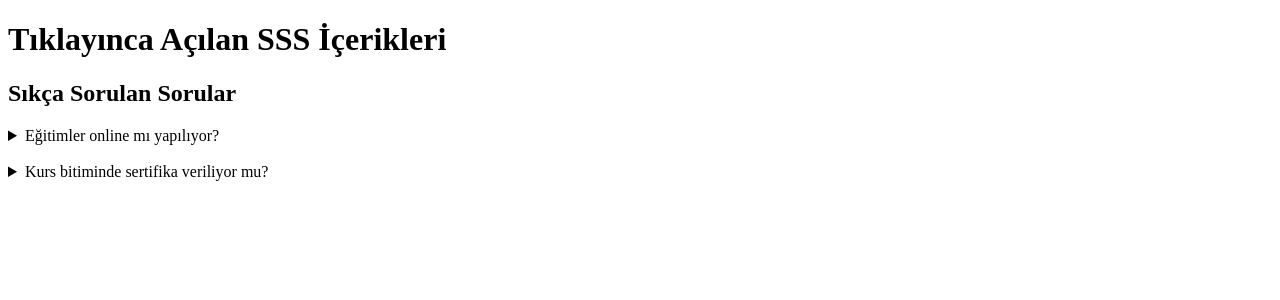
Repository: BeritanBlgn/web-yazilim-muhendisligi
Page: Modul_1/Ders_9/1.9.4_sss_akordeon.html
The author's editor kept a copy of each file at every save. The page is drawn from the files as they stood at one save, then again after the next save.
The browser window is 1280 px wide. The pictures show the whole page.

Above is the page before, as saved 2026-10-27 21:52:11.

### Modul_1/Ders_9/1.9.4_sss_akordeon.html
<!DOCTYPE html>
<html lang="tr">
<head>
    <meta charset="UTF-8">
    <meta name="viewport" content="width=device-width, initial-scale=1.0">
    <title>Ders-9 | Tıklayınca Açılan SSS İçerikleri</title>
</head>
<body>
    <h1>
        Tıklayınca Açılan SSS İçerikleri
    </h1>
    <h2>
        Sıkça Sorulan Sorular
    </h2>
    <!-- Akordeon Kapsayıcısı (<details>): Açılır-kapanır
        bloğu saran ebeveyn (parent) etikettir. Varsayılan
        olarak kapalı yüklenir. -->
    <details>
        <summary>Eğitimler online mı yapılıyor?
            <!-- Tıklanabilir Başlık (<summary>): <details>
                etiketinin ilk elemanıdır. Sürekli görünür olan
                soru başlığıdır; soluna otomatik açılış oku eklenir. -->
        </summary>
        <!-- Akordeon bloğunun sayfa ilk yüklendiğinde açık gelmesi istenirse <details open> boolean niteliği eklenir. Kullanıcı dilediğinde başlığa tıklayarak bloğu tekrar kapatabilir. -->
        <p>
            Evet, tüm eğitimlerimiz Zoom üzerinden canlı ve etkileşimli olarak
            gerçekleştirilmektedir.
        </p>
    </details>

    <br>

    <details>
        <summary>
            Kurs bitiminde sertifika veriliyor mu?
        </summary>
        <p>
            Programı ve final projesini başarıyla tamamlayan her öğrencimize onaylı
            başarı sertifikası sunulmaktadır.
        </p>
    </details>

</body>
</html>

After the next save:
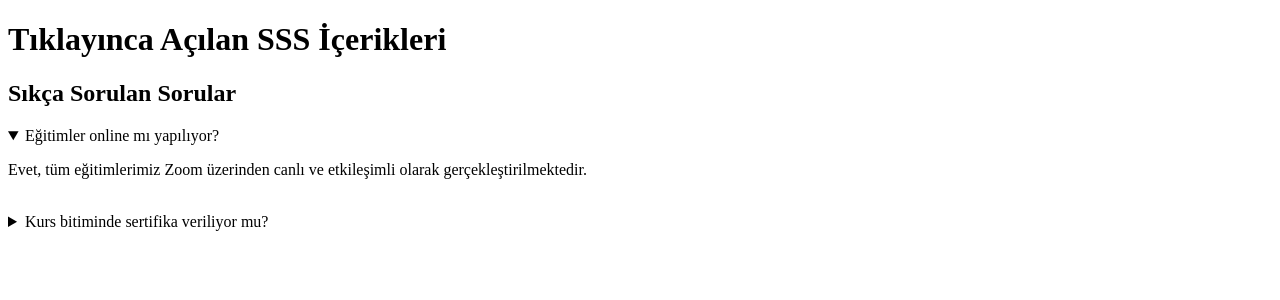
Saved 10 s later.
--- a/Modul_1/Ders_9/1.9.4_sss_akordeon.html
+++ b/Modul_1/Ders_9/1.9.4_sss_akordeon.html
@@ -15,7 +15,7 @@
     <!-- Akordeon Kapsayıcısı (<details>): Açılır-kapanır
         bloğu saran ebeveyn (parent) etikettir. Varsayılan
         olarak kapalı yüklenir. -->
-    <details>
+    <details open>
         <summary>Eğitimler online mı yapılıyor?
             <!-- Tıklanabilir Başlık (<summary>): <details>
                 etiketinin ilk elemanıdır. Sürekli görünür olan
